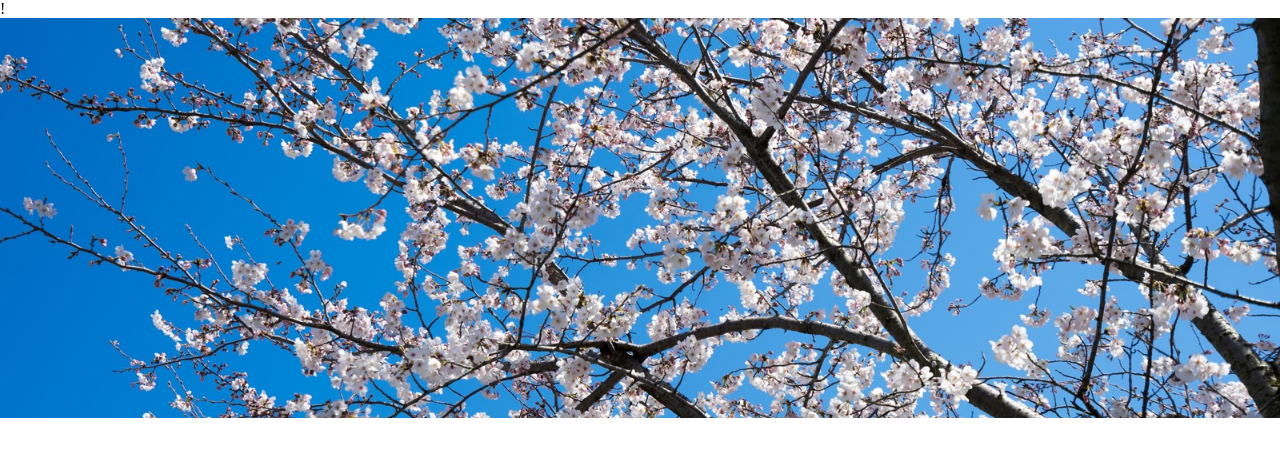
Repository: pooh0721/-
Page: sample6/chapter6.html
The author's editor kept a record of every edit. The page is drawn from the files as they stood at one moment, then again after the next edit.
The browser window is 1280 px wide. The pictures show the whole page.

Above is the page before.

After the next edit:
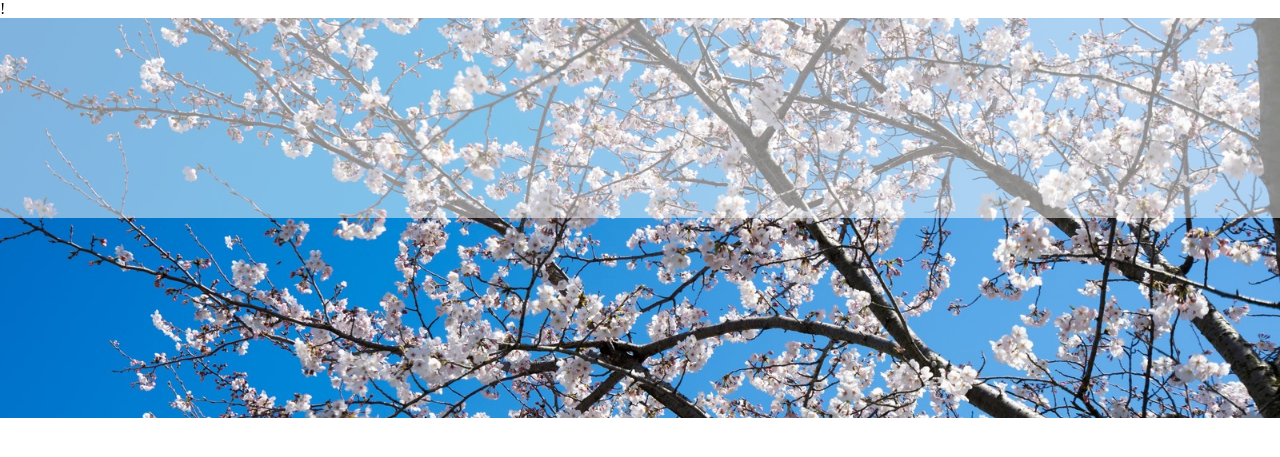
The edit:
--- a/sample6/chapter6.html
+++ b/sample6/chapter6.html
@@ -9,10 +9,14 @@
 
   <body>
 
-      <div class=img1></div>
+      <div class=img1>
+        <div class="content"></div>
+
+      </div>
       <div class=img2></div>
       <div class=img3></div>
-    </div>
+      <div class="content"></div>
+
 
   </body>
 </html>
